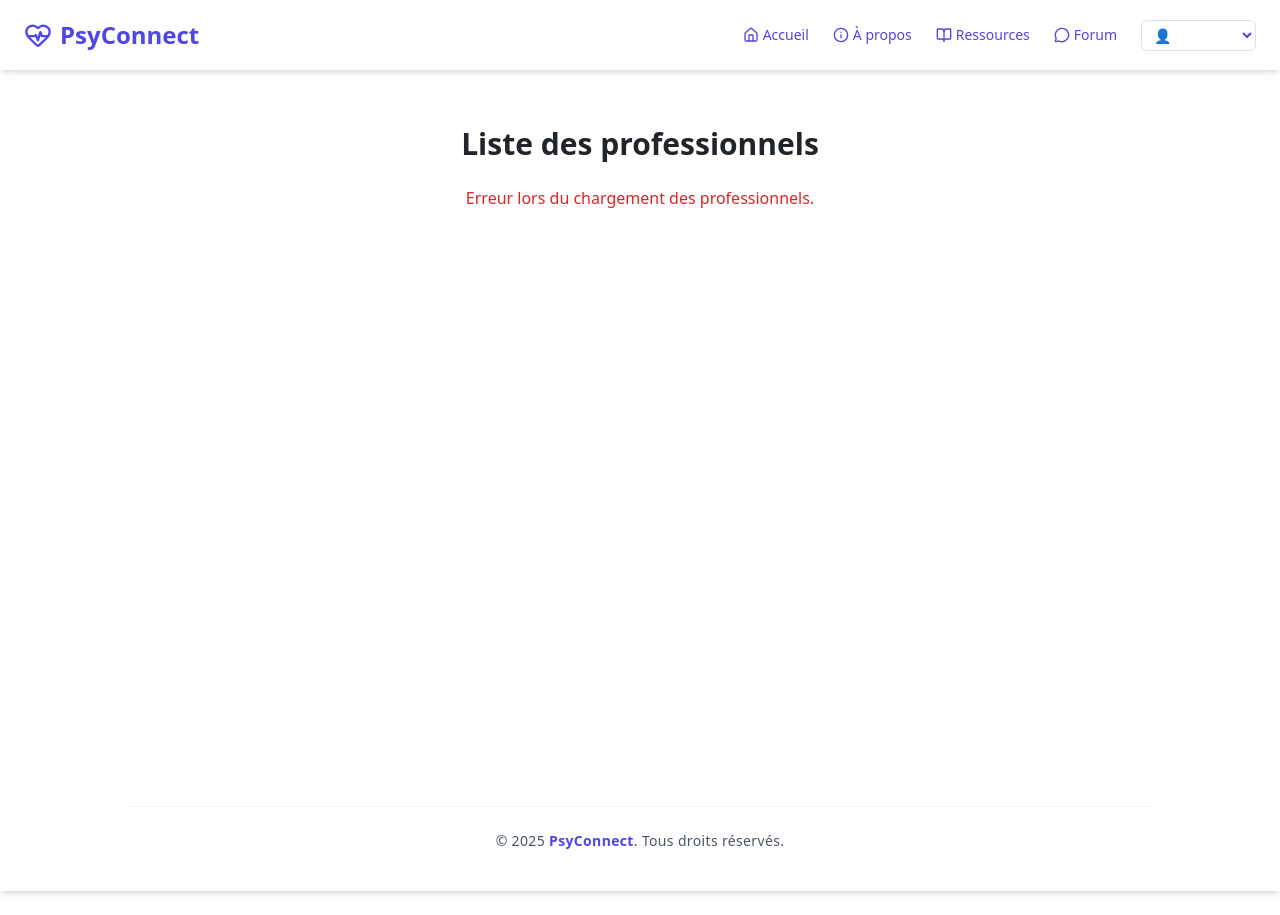
Repository: maguette26/projet
Page: /reservation
The author's editor kept a copy of each file at every save. The page is drawn from the files as they stood at one save, then again after a run of saves.
The browser window is 1280 px wide. The pictures show the whole page.
The page's requests for data from a server got no answer. The project was rebuilt for these pictures with package versions that can differ from the ones it lists, and the page was loaded fresh each time. No one was signed in, and anything a server would have sent is missing. Also part of the build but not shown: vite.config.js, src/components/commun/Layout.jsx, src/pages/Inscription.jsx, src/pages/InscriptionUser.jsx, src/pages/InscriptionProfessionnel.jsx, src/pages/Connexion.jsx, src/pages/Ressources.jsx, src/services/serviceUtilisateur.js and 19 more. Imported but missing from the stored project, and not drawn on this page: src/components/commun/Footer.

Above is the page before, as saved 2025-06-17 20:30:42.

After the next 2 saves:
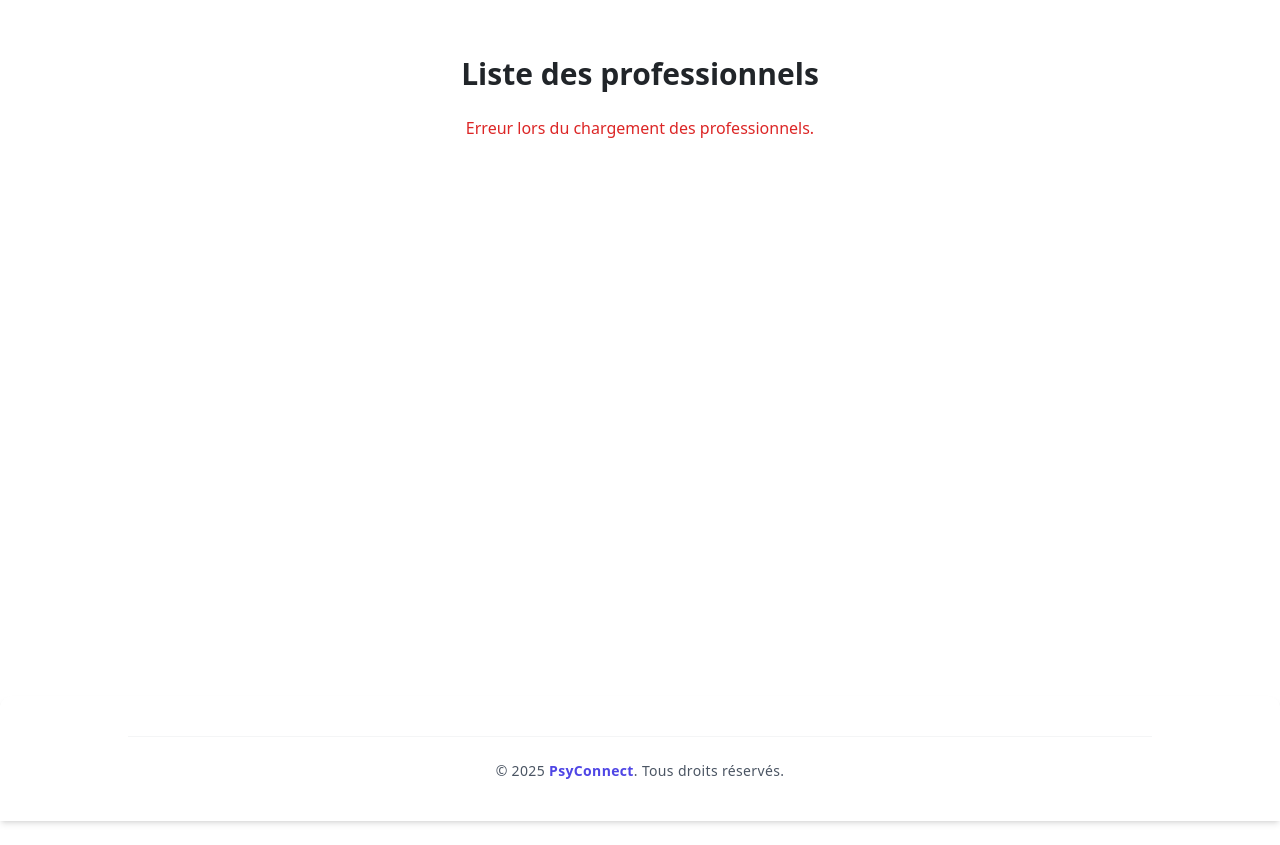
The 2 saves are shown as one change because they came seconds apart.
The last was saved 23 s later.
--- a/src/components/ListeProfessionnels.jsx
+++ b/src/components/ListeProfessionnels.jsx
@@ -56,7 +56,7 @@ const ListeProfessionnels = () => {
 
   return (
     <>
-      <Header />
+      <headereader />
       <ToastContainer position="top-right" />
       <main className="max-w-5xl mx-auto px-4 py-8 min-h-[80vh]">
         <h2 className="text-3xl font-bold mb-4 text-center">Liste des professionnels</h2>
